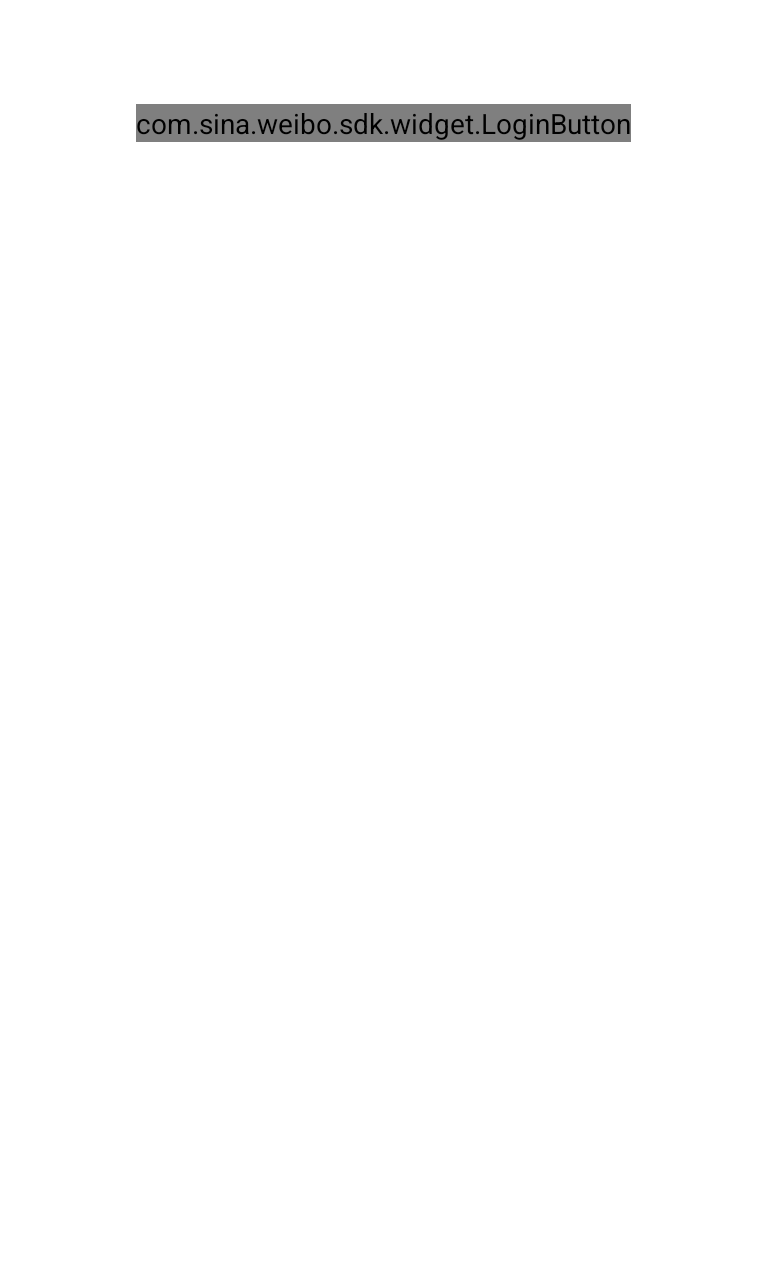
Repository: aojue/HappyAA
Layout: HappyAA/res/layout/activity_main.xml
An editor plug-in stored every save of this project. The layout is shown before and after the next save, followed by the edit.
Pictures or frames that could not be fetched are drawn as grey boxes. It is drawn on a 768 x 1280 px phone screen (xhdpi) without system bars, with theme AppTheme; the app's code is not run.

Above is the layout before, as saved 2014-10-24 10:44:00.

After the next save:
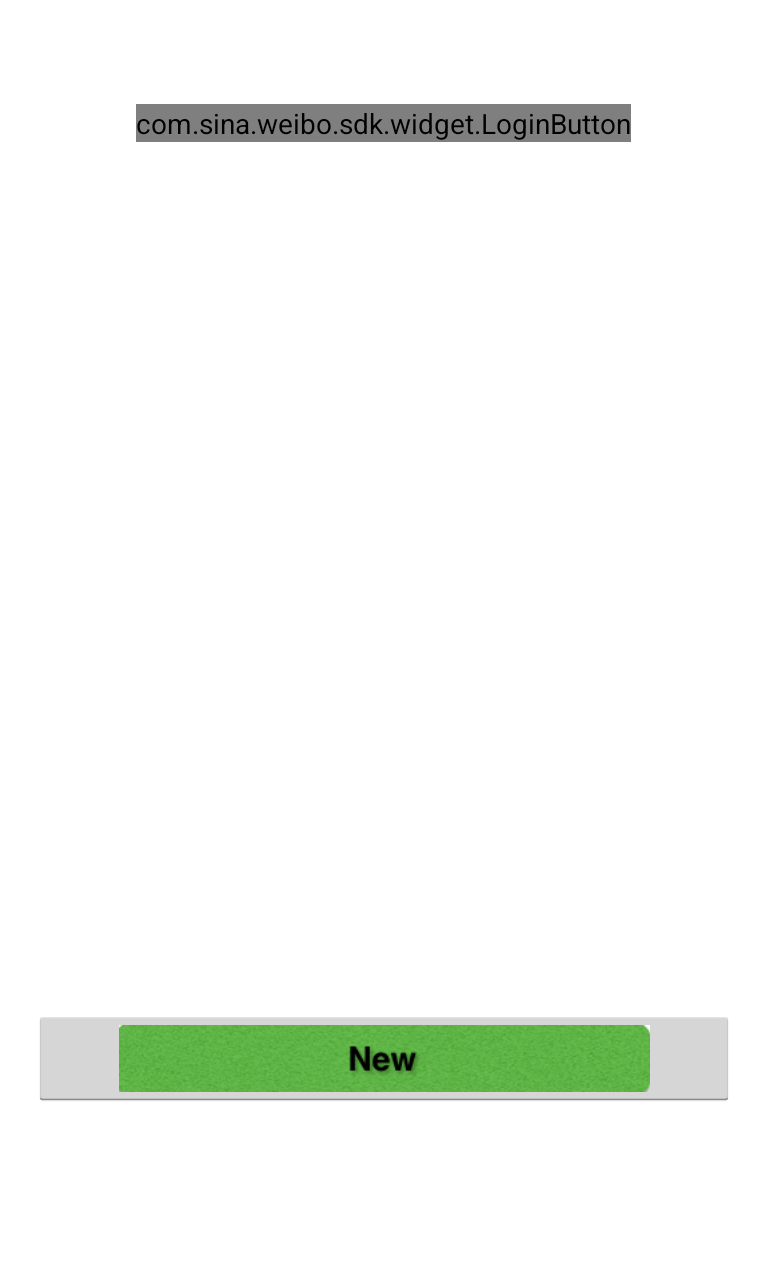
Saved 23 s later.
--- a/HappyAA/res/layout/activity_main.xml
+++ b/HappyAA/res/layout/activity_main.xml
@@ -19,7 +19,7 @@
 
     <ImageButton
         android:id="@+id/imageButton1"
-        android:layout_width="fill_content"
+        android:layout_width="fill_parent"
         android:layout_height="wrap_content"
         android:layout_alignParentBottom="true"
         android:layout_centerHorizontal="true"
